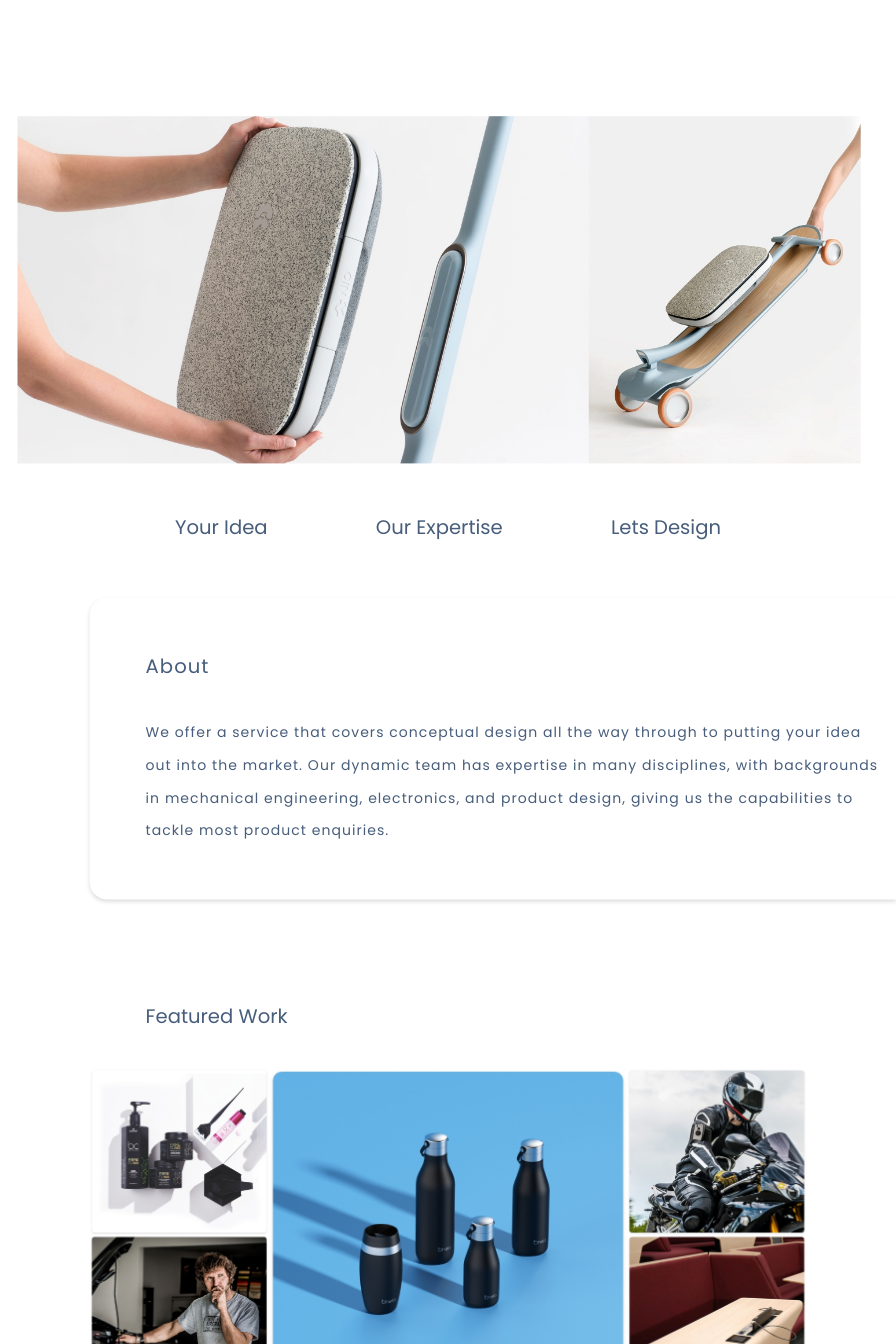
Repository: cobyfoster99/User-Centric-frontend-project
Page: index.html
The author's editor kept a record of every edit. The page is drawn from the files as they stood at one moment, then again after the next edit.
The browser window is 1280 px wide. The pictures show the part of the page from y = 0 to 1920 px (the page is 3248 px tall before and 3138 px after), at 70% of full size.
Some web libraries are served in a nearby version.

Above is the page before.

After the next edit:
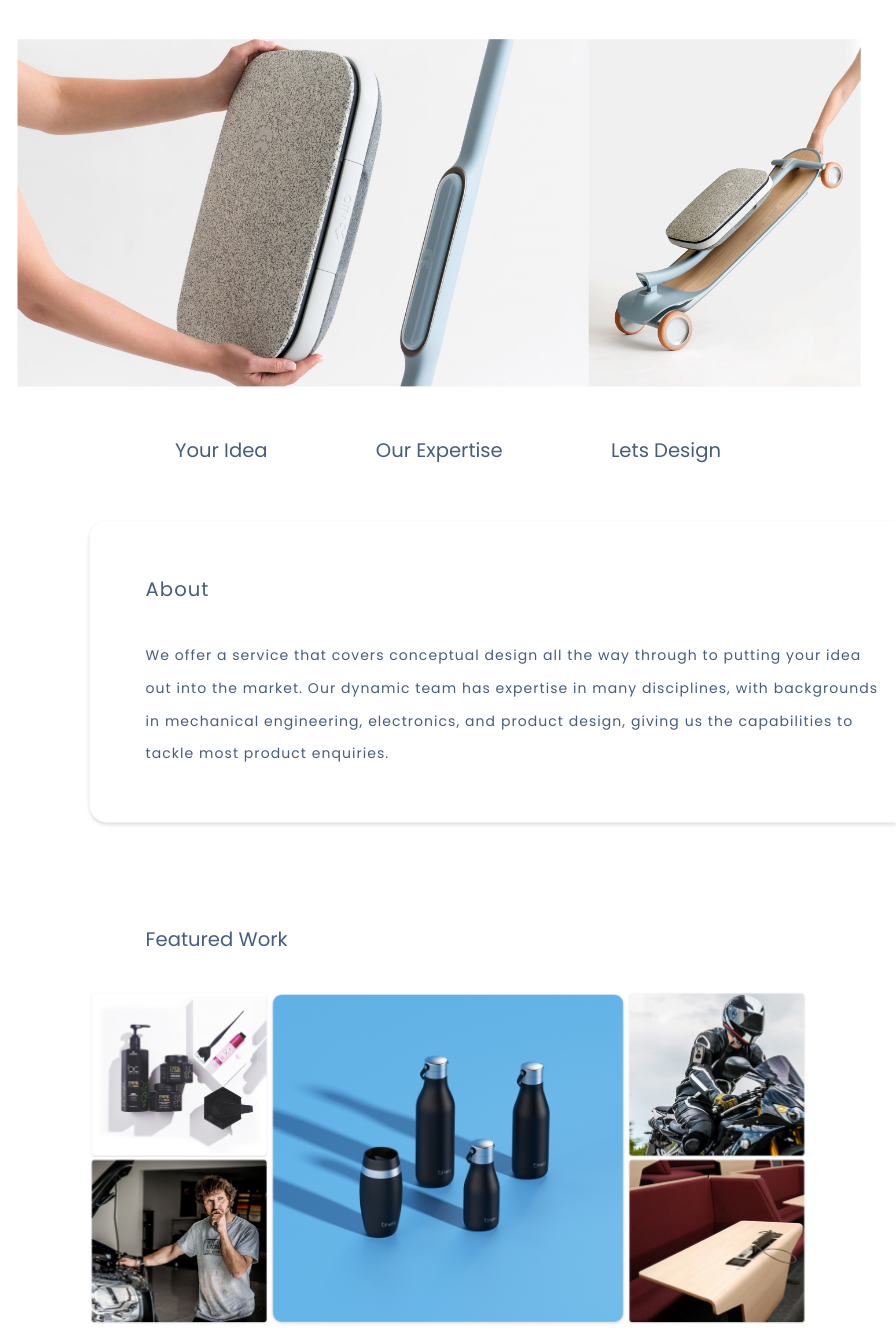
The edit:
--- a/assets/css/style.css
+++ b/assets/css/style.css
@@ -30,16 +30,6 @@
     transition: all .5s ease-in-out;
     -moz-transition: all .5s ease-in-out;
     -webkit-transition: all .5s ease-in-out;
-}
-
-.list-inline {
-    padding-top: 60px;
-    padding-bottom: 40px;
-    text-align: center;
-}
-
-.list-inline-item {
-    padding-bottom: 10px;
 }
 
 @media only screen and (max-width: 1920px) and (min-width: 1220px) {
